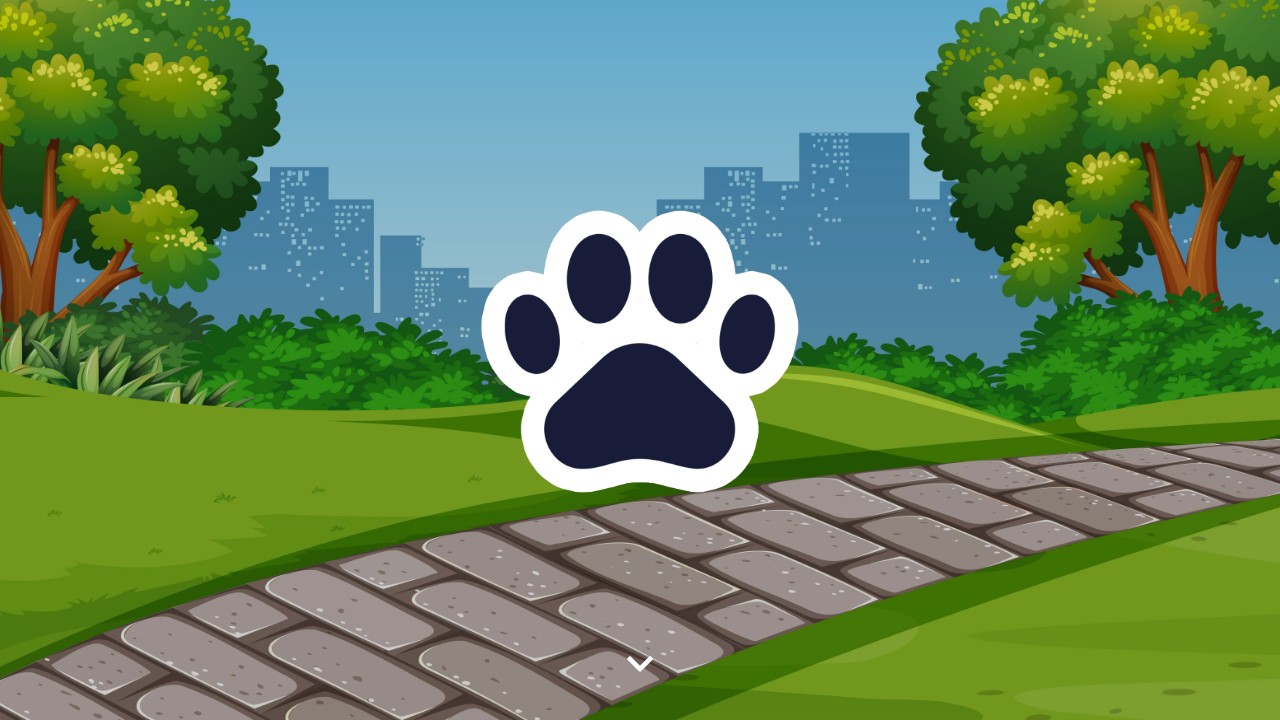
Repository: Emanuele-Sgroi/Pawfect-Diet-App-Showcase
Page: /
These files come from the project's save history. The page is drawn as it stood at one moment and after the next save; the edit follows.
The browser window is 1280 px wide. The pictures show the whole page.
The project was rebuilt for these pictures with package versions that can differ from the ones it lists, and the page was loaded fresh each time. The framework's server and built-in components were replaced by stand-ins that run in the browser. Also part of the build but not shown: next.config.mjs.

Above is the page before, as saved 2025-04-18 13:07:19.

### src/app/page.js
import HeroSection from "@/components/HeroSection";

export default function Home() {
  return (
    <main>
      <HeroSection />
    </main>
  );
}

### src/components/HeroSection.js
"use client";

import Image from "next/image";
import { Link as ScrollLink } from "react-scroll";
import { FaChevronDown } from "react-icons/fa";
import images from "@/utils/importImages";

export default function HeroSection() {
  return (
    <section
      id="hero"
      className="relative h-screen w-full flex flex-col justify-center items-center text-white"
    >
      {/* Background Image */}
      <Image
        src={images.hero_bg}
        alt="Hero Background"
        fill
        className="object-cover"
        priority
      />

      {/* Overlay */}
      <div className="absolute inset-0 bg-black/20 z-10" />

      {/* Centered Logo */}
      <div className="z-20 flex flex-col items-center">
        <Image
          src={images.logo_white}
          alt="App Logo"
          width={200}
          height={200}
          className="mb-4 w-[400px] h-auto max-w-[80%]"
        />
      </div>

      {/* Scroll Arrow */}
      <ScrollLink
        to="about"
        smooth={true}
        duration={500}
        className="absolute bottom-10 z-20 cursor-pointer"
      >
        <FaChevronDown className="text-3xl animate-bounce" />
      </ScrollLink>
    </section>
  );
}

### src/utils/importImages.js
import hero_bg from "../../public/images/hero_bg.jpg";
import logo_white from "../../public/images/logo_white.png";

const images = { hero_bg, logo_white };

export default images;

Loaded but not shown: src/app/layout.js (common file); src/app/globals.css (common file)

After the next save:
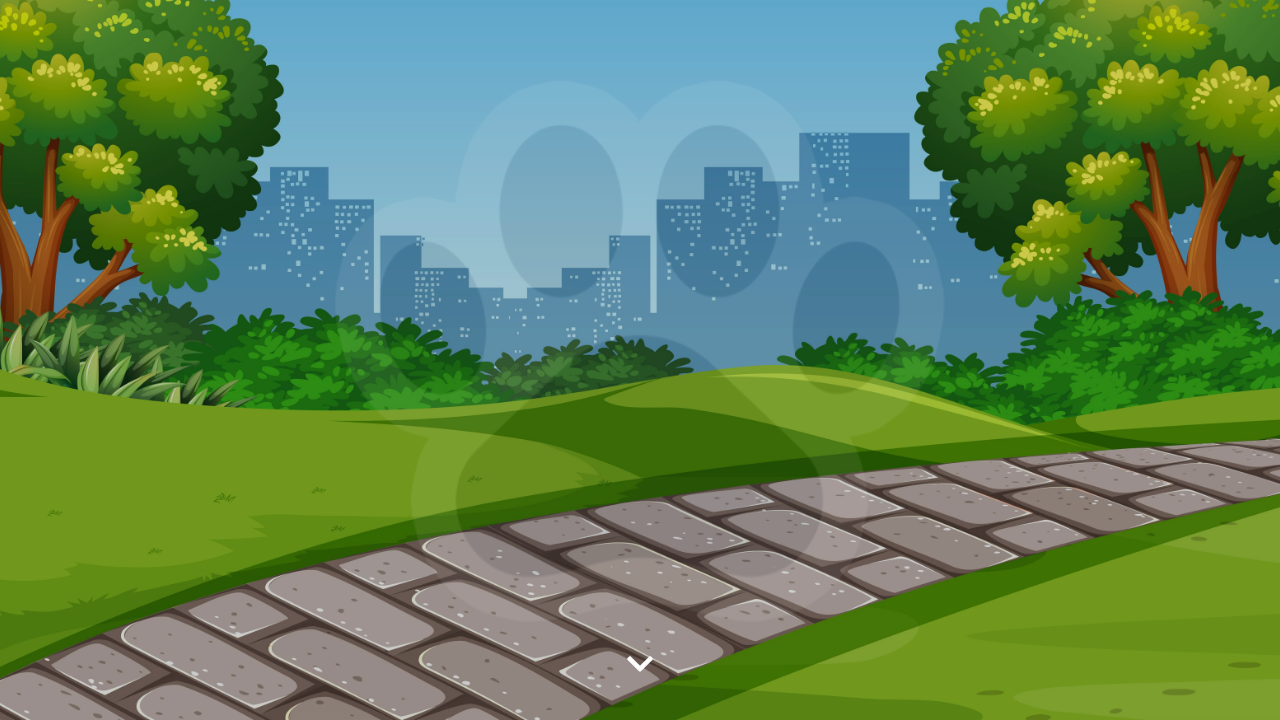
Saved 25 s later.
--- a/src/components/HeroSection.js
+++ b/src/components/HeroSection.js
@@ -30,7 +30,7 @@
           alt="App Logo"
           width={200}
           height={200}
-          className="mb-4 w-[400px] h-auto max-w-[80%]"
+          className="mb-4 w-[400px] h-auto max-w-[80%] animate-ping"
         />
       </div>
 
